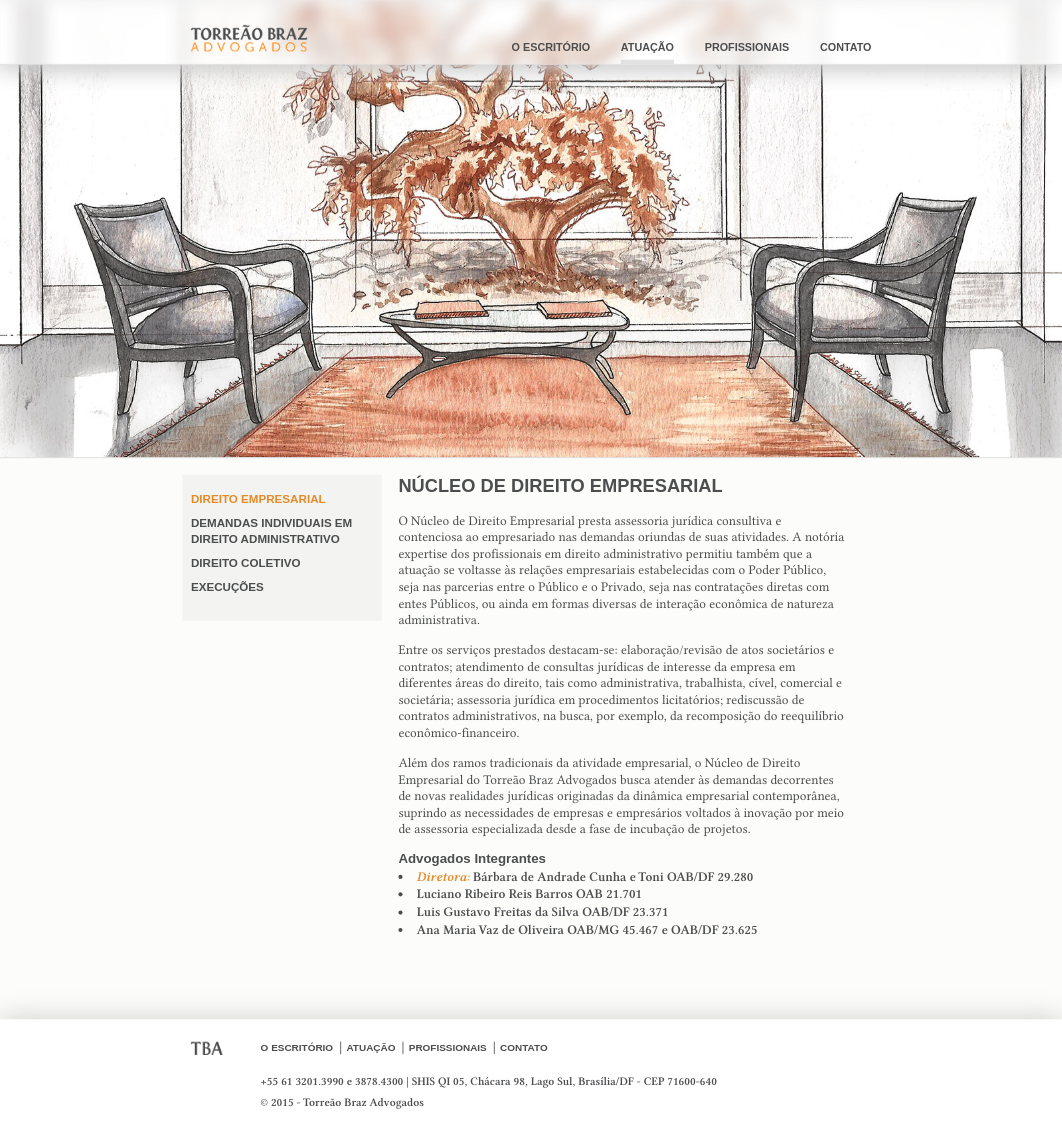
Repository: flira/torreao-braz
Page: dev/atuacao.html
The author's editor kept a record of every edit. The page is drawn from the files as they stood at one moment, then again after the next edit.
The browser window is 1280 px wide. The pictures show the whole page, at 83% of full size.
Some web libraries are served in a nearby version.

Above is the page before.

### dev/atuacao.html
<!DOCTYPE html>
<html class="no-js" lang="pt-BR" itemscope="itemscope" itemtype="http://schema.org/WebPage">

<head>
  <meta charset="utf-8">
  <!--[if IE]>
    <meta http-equiv="X-UA-Compatible" content="IE=Edge,chrome=1"/>
  <![endif]-->
  <meta name="viewport" content="width=device-width, initial-scale=1, minimal-ui">
  <meta http-equiv="cleartype" content="on">
  <title>Torreão Braz Advogados | Atuação</title>
  <meta name="description" content="Página do escritório de advocacia Torreão Braz">
  <meta property="og:url" content="http://www.torreaobraz.com.br" />
  <meta property="og:title" content="Torreão Braz Advogados" />
  <meta property="og:type" content="torreaobraz:page" />
  <meta property="og:image" content="favicon.png" />
  <meta property="og:description" content="Página do escritório de advocacia Torreão Braz" />
  <link rel="shortcut icon" href="favicon.png" type="image/png">
  <link rel="stylesheet" href="styles/style.css">
</head>

<body id="atuacao">
  <header class="body-header">
    <div class="encap">
      <h1 class="logo"><a href="/" title="Torreão Braz Advogados"></a></h1>
      <span class="main-menu-btn" id="main-menu-btn"></span>
      <nav id="main-menu-encap">
        <ul class="main-menu">
          <li><a href="escritorio.html">O escritório</a>
          </li>
          <li><a href="atuacao.html" class="selected">Atuação</a>
          </li>
          <li><a href="profissionais.html">Profissionais</a>
          </li>
          <!--<li><a href="publicacoes.html">Publicações</a>
          </li>-->
          <li><a href="contato.html">Contato</a>
          </li>
        </ul>
      </nav>
    </div>
  </header>
  <div class="blurheader"></div>
  <div role="main" id="main">
    <figure class="hero" id="hero"></figure>
    <div class="encap options">
      <ul class="options-list" id="options-list">
        <li><a href="#item-1" class="selected">Direito empresarial</a>
        </li>
        <li><a href="#item-2">Demandas individuais em direito administrativo</a>
        </li>
        <li><a href="#item-3">Direito coletivo</a>
        </li>
        <li><a href="#item-4">Execuções</a>
        </li>
      </ul>
      <div class="options-content">
        <div id="item-1" class="selected">
          <h1>Núcleo de Direito Empresarial</h1>
          <p>O Núcleo de Direito Empresarial presta assessoria jurídica consultiva e contenciosa ao empresariado nas demandas oriundas de suas atividades. A notória expertise dos profissionais em direito administrativo permitiu também que a atuação se voltasse às relações empresariais estabelecidas com o Poder Público, seja nas parcerias entre o Público e o Privado, seja nas contratações diretas com entes Públicos, ou ainda em formas diversas de interação econômica de natureza administrativa.</p>
          <p>Entre os serviços prestados destacam-se: elaboração/revisão de atos societários e contratos; atendimento de consultas jurídicas de interesse da empresa em diferentes áreas do direito, tais como administrativa, trabalhista, cível, comercial e societária; assessoria jurídica em procedimentos licitatórios; rediscussão de contratos administrativos, na busca, por exemplo, da recomposição do reequilíbrio econômico-financeiro.</p>
          <p>Além dos ramos tradicionais da atividade empresarial, o Núcleo de Direito Empresarial do Torreão Braz Advogados busca atender às demandas decorrentes de novas realidades jurídicas originadas da dinâmica empresarial contemporânea, suprindo as necessidades de empresas e empresários voltados à inovação por meio de assessoria especializada desde a fase de incubação de projetos.</p>
          <h2>Advogados Integrantes</h2>
          <ul>
            <li><em>Diretora:</em> Bárbara de Andrade Cunha e Toni OAB/DF 29.280</li>
            <li>Luciano Ribeiro Reis Barros OAB 21.701</li>
            <li>Luis Gustavo Freitas da Silva OAB/DF 23.371</li>
            <li>Ana Maria Vaz de Oliveira OAB/MG 45.467 e OAB/DF 23.625</li>
          </ul>
          <!-- <h2>Áreas de Atuação</h2>
          <ul>
            <li>Direito Empresarial</li>
            <li>Direito Trabalhista</li>
            <li>Direito Previdenciário</li>
            <li>Direito Imobiliário</li>
          </ul> -->
        </div>

        <div id="item-2">
          <h1>Núcleo de Demandas Individuais em Direito Administrativo</h1>
          <p>O Núcleo de Demandas Individuais em Direito Administrativo atua com profissionais experientes na defesa dos servidores perante a Administração Pública, da investidura no cargo até a aposentadoria.</p>
          <p>Tem como foco a defesa de direitos em concursos públicos, licenças, afastamentos, enquadramentos, gratificações de desempenho, aposentadorias e pensões. Destaca-se, também, na atividade consultiva e na elaboração de pareceres que orientam os servidores ao longo de toda a sua jornada profissional.</p>
          <p>Decorrentes da Constituição e das próprias leis que os regem, o exercício pelos servidores públicos dos seus direitos e deveres atrai a necessidade de informação, planejamento e defesa dos interesses durante toda a sua complexa e multifacetada trajetória.</p>
          <h2>Advogados Integrantes</h2>
          <ul>
            <li><em>Diretor:</em> Artur de Sousa Carrijo - OAB/DF 35.218</li>
            <li>Gabriela Gonçalves Teixeira C. Rocha - OAB/DF 29.234</li>
            <li>Luiza Emrich Torreão Braz - OAB/DF 38.083</li>
            <li>Susana Botár Mendonça - OAB/DF 44.800</li>
            <li>Renan Palhares Torreão Braz - OAB/DF 46.026</li>
          </ul>
        </div>

        <div id="item-3">
          <h1>Núcleo de Direito Coletivo</h1>
          <p>O Núcleo de Direito Coletivo é composto por advogados especializados em Direito Administrativo, principalmente na defesa dos direitos dos servidores públicos. Nessa área, presta serviços a diversas entidades de classe – sindicatos e associações – na advocacia contenciosa e consultiva.</p>
          <p>No tocante ao contencioso judicial, o Núcleo de Direito Coletivo propõe ações coletivas que visam à proteção dos direitos individuais homogêneos e dos direitos coletivos dos servidores. Além das medidas coletivas ordinárias, as ações constitucionais – Mandados de Segurança Coletivos, Mandados de Injunção Coletivos, Ações Diretas de Inconstitucionalidade, Reclamações, Arguições de Descumprimento de Preceito Fundamental, entre outras – são eficazes instrumentos utilizados no combate às irregularidades praticadas pelo Poder Público.</p>
          <p>Em relação à atividade consultiva, o Núcleo assegura ampla assessoria para as diretorias dos sindicatos e das associações. Nessa linha, analisa os atos de constituição e de estruturação dos seus clientes, bem como elabora pareceres, ofícios e requerimentos administrativos que subsidiam a atuação das entidades junto aos órgãos estatais.</p>
          <h2>Advogados Integrantes</h2>
          <ul>
            <li><em>Diretor:</em> Bruno Fischgold - OAB/DF 24.133</li>
            <li>Ana Torreão Braz Lucas de Morais - OAB/DF 24.128</li>
            <li>Larissa Benevides Gadelha Campos - OAB/DF 29.268</li>
            <li>Liliana Mascarenhas Coutinho - OAB/DF 38.781</li>
            <li>Júlia Pauro Oliveira - OAB/DF 40.361</li>
            <li>Deborah de Andrade Cunha e Toni - OAB/DF 43.145</li>
          </ul>
        </div>
        <div id="item-4">
          <h1>Núcleo de Execuções</h1>
          <p>O Núcleo de Execuções se dedica à concretização do direito reconhecido nas ações coletivas, mediante o efetivo pagamento dos valores devidos a cada beneficiário. Busca soluções inovadoras para o ajuizamento e a condução de execuções coletivas e individuais, o que envolve a liquidação e o cálculo dos créditos, bem como a organização de medidas individualizadas em favor de um grande número de pessoas.</p>
          <p>A equipe conta com profissionais experientes em execuções de títulos judiciais coletivos e com especialidade técnica voltada para as rotinas envolvidas na individualização do direito coletivo, tais como: identificação dos beneficiários; recebimento, triagem e organização dos documentos necessários à execução; cálculo judicial dos montantes devidos; propositura e acompanhamento dos processos desmembrados (gestão digital de processos em escala); disponibilidade de toda a informação útil à Entidade e ao filiado; dentre outras.</p>
          <p>A partir do domínio dessas competências organizacionais, o Núcleo de Execuções estende suas atividades a quaisquer tipos de execução – coletiva e individual, com ênfase em créditos contra a Fazenda Pública – e a outros procedimento em escala para a tutela de interesses coletivos e assistência jurídica a grande número de interessados.</p>
          <h2>Advogados Integrantes</h2>
          <ul>
            <li><em>Diretor:</em> Carlos Magno da Silva - OAB/DF 28.464</li>
            <li>Marcelo Assunção - OAB/DF 34.695</li>
            <li>Laura Carneiro de Mello Senra - OAB/DF 43.076</li>
            <li>Edilene Rossi Lacerda - OAB/DF 15.074</li>
            <li>Camila Tiburtino de Sena Fischgold - OAB/DF 29.363</li>
            <li>João Pereira Monteiro Neto - OAB/DF 28.571</li>
          </ul>
        </div>
      </div>
    </div>
  </div>
  <footer class="body-footer">
    <div class="encap">
      <div class="footer-logo">
        <a href="/" class="logo" title="Torreão Braz Advogados"></a>
      </div>
      <div class="footer-about">
        <nav>
          <ul class="site-map">
            <li><a href="escritorio.html">O escritório</a>
            </li>
            <li><a href="atuacao.html">Atuação</a>
            </li>
            <li><a href="profissionais.html">Profissionais</a>
            </li>
            <!--<li><a href="publicacoes.html">Publicações</a>
            </li>-->
            <li><a href="contato.html">Contato</a>
            </li>
          </ul>
        </nav>
        <div class="colofon">
          <address>
        +55 61 3201.3990 e 3878.4300 | SHIS QI 05, Chácara 98, Lago Sul, Brasília/DF - CEP 71600-640
          </address>
          <p class="copyright">
            © 2015 - Torreão Braz Advogados
          </p>
        </div>
      </div>
    </div>
  </footer>
  <script src="https://ajax.googleapis.com/ajax/libs/jquery/1.11.1/jquery.min.js"></script>
  <script src="scripts/scripts.js"></script>
  <script>
    (function(i,s,o,g,r,a,m){i['GoogleAnalyticsObject']=r;i[r]=i[r]||function(){
    (i[r].q=i[r].q||[]).push(arguments)},i[r].l=1*new Date();a=s.createElement(o),
    m=s.getElementsByTagName(o)[0];a.async=1;a.src=g;m.parentNode.insertBefore(a,m)
    })(window,document,'script','//www.google-analytics.com/analytics.js','ga');

    ga('create', 'UA-61024878-1', 'auto');
    ga('send', 'pageview');

  </script>
</body>

</html>

Loaded but not shown: dev/styles/style.css (library); dev/scripts/scripts.js (library)

After the next edit:
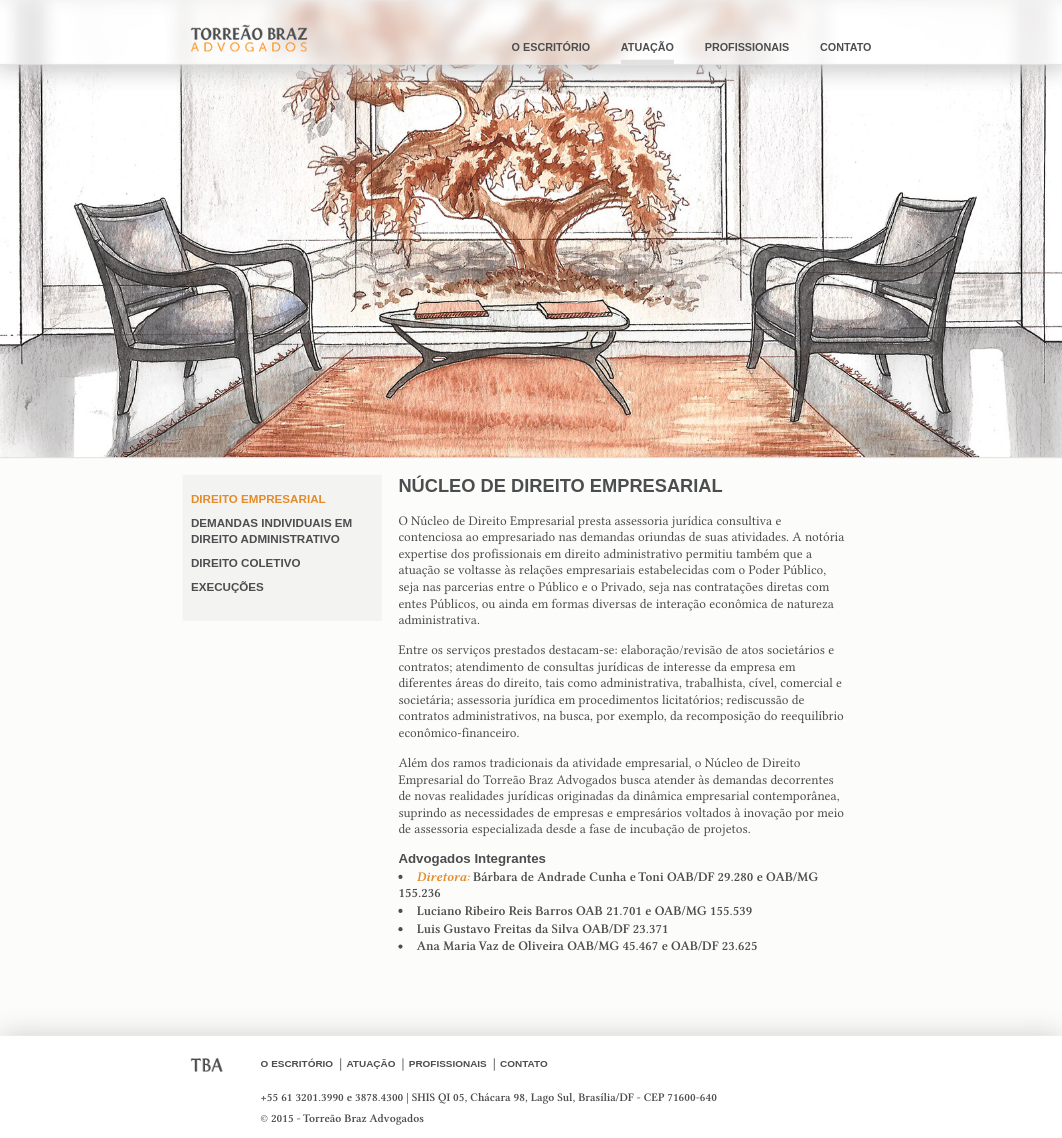
The edit:
--- a/dev/atuacao.html
+++ b/dev/atuacao.html
@@ -62,8 +62,8 @@
           <p>Além dos ramos tradicionais da atividade empresarial, o Núcleo de Direito Empresarial do Torreão Braz Advogados busca atender às demandas decorrentes de novas realidades jurídicas originadas da dinâmica empresarial contemporânea, suprindo as necessidades de empresas e empresários voltados à inovação por meio de assessoria especializada desde a fase de incubação de projetos.</p>
           <h2>Advogados Integrantes</h2>
           <ul>
-            <li><em>Diretora:</em> Bárbara de Andrade Cunha e Toni OAB/DF 29.280</li>
-            <li>Luciano Ribeiro Reis Barros OAB 21.701</li>
+            <li><em>Diretora:</em> Bárbara de Andrade Cunha e Toni OAB/DF 29.280 e OAB/MG 155.236</li>
+            <li>Luciano Ribeiro Reis Barros OAB 21.701 e OAB/MG 155.539</li>
             <li>Luis Gustavo Freitas da Silva OAB/DF 23.371</li>
             <li>Ana Maria Vaz de Oliveira OAB/MG 45.467 e OAB/DF 23.625</li>
           </ul>
